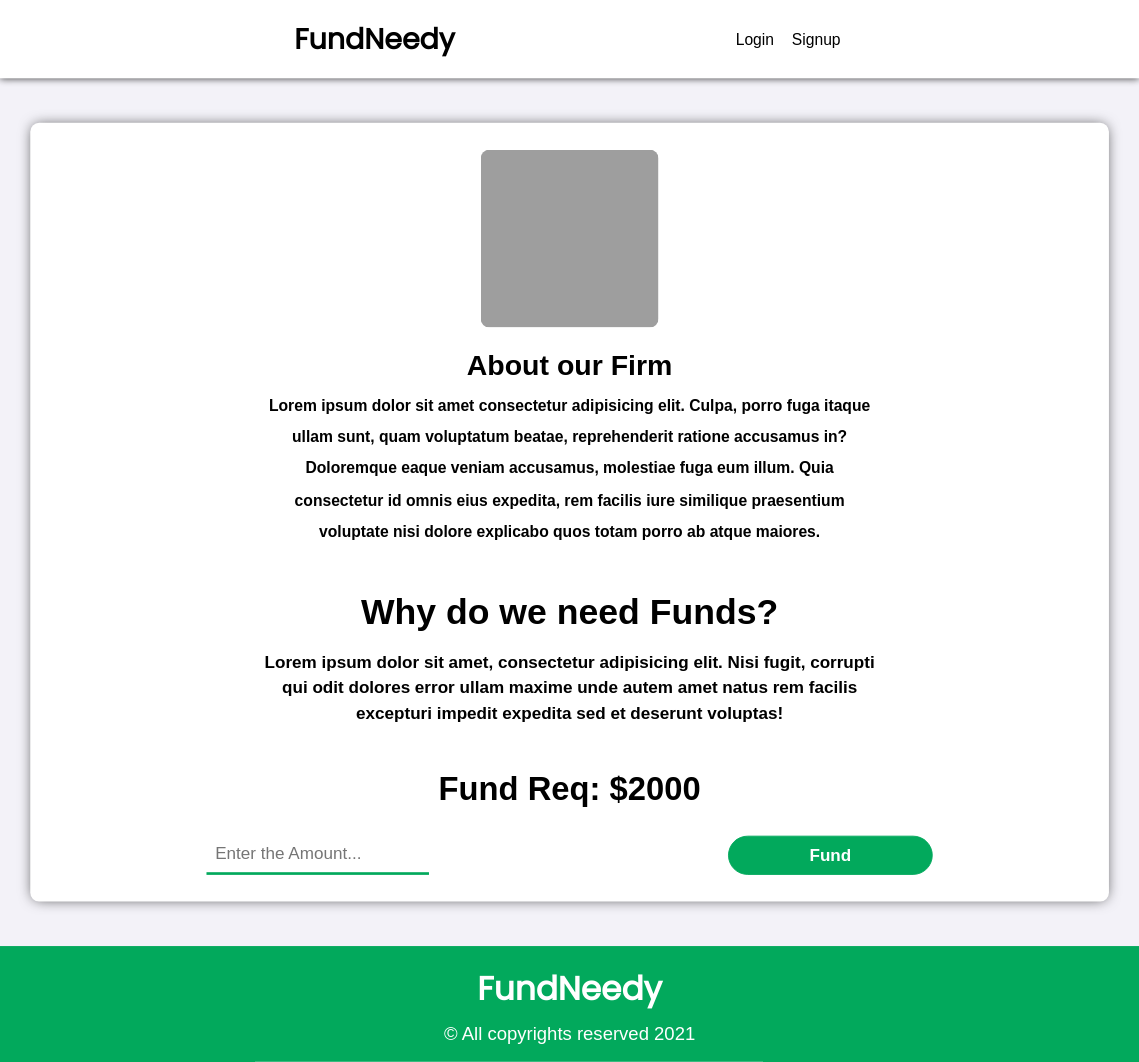
Repository: osdc/codejam
Page: /firmname (app in sassy-sandwiches/fund-needy/)
An editor plug-in stored every save of this project. The page is shown before and after the next save, followed by the edit.
The browser window is 1280 px wide. The pictures show the whole page, at 89% of full size.
Pictures or frames that could not be fetched are drawn as grey boxes. The project was rebuilt for these pictures with package versions that can differ from the ones it lists, and the page was loaded fresh each time. Also part of the build but not shown: sassy-sandwiches/fund-needy/src/Showcase.css, sassy-sandwiches/fund-needy/src/Showcase.js, sassy-sandwiches/fund-needy/src/Needies.css, sassy-sandwiches/fund-needy/src/Needy.css, sassy-sandwiches/fund-needy/src/Needy.js, sassy-sandwiches/fund-needy/src/Needies.js.

Above is the page before, as saved 2021-01-09 22:38:30.

After the next save:
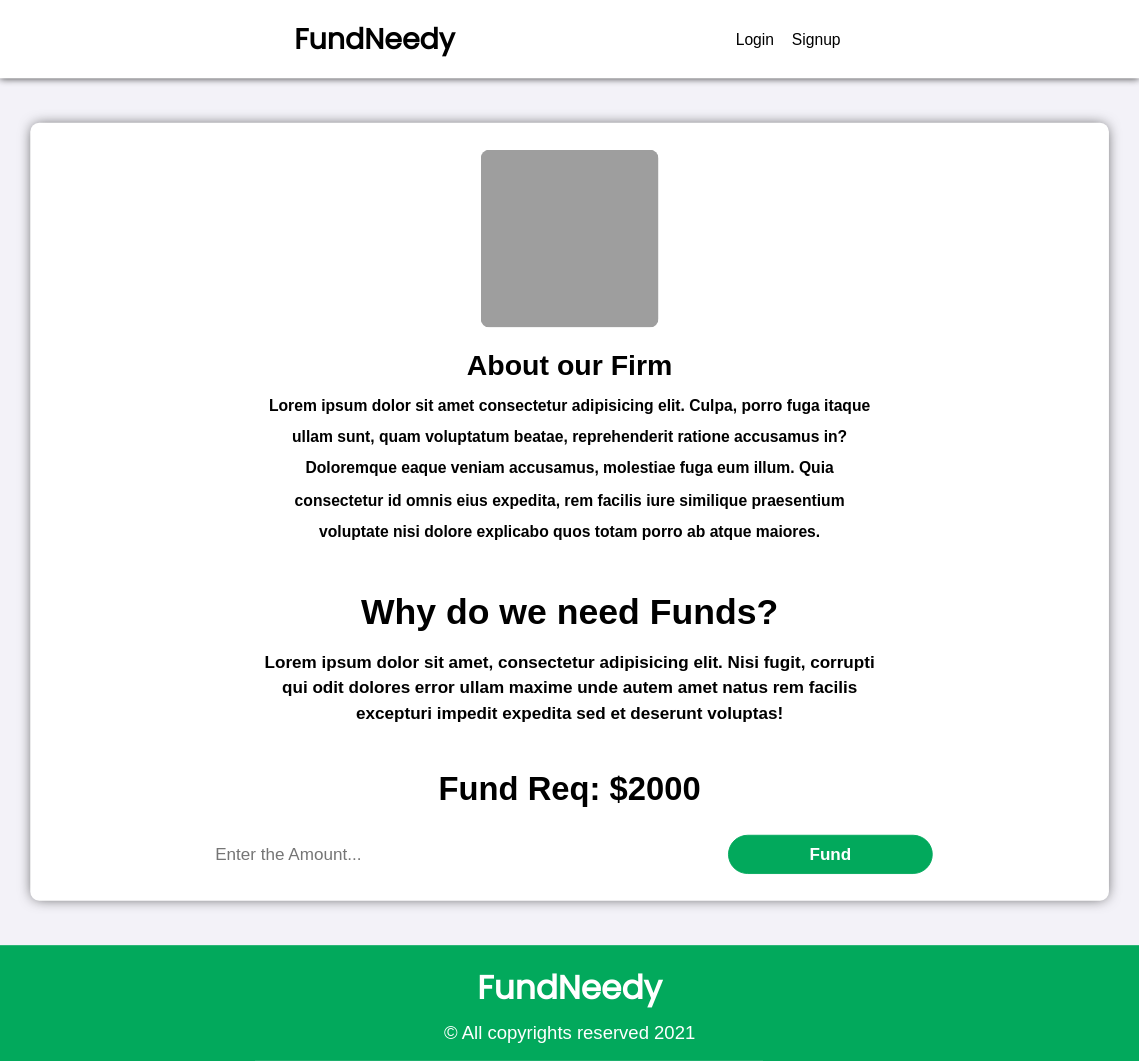
Saved 13 s later.
--- a/sassy-sandwiches/fund-needy/src/FirmFund.css
+++ b/sassy-sandwiches/fund-needy/src/FirmFund.css
@@ -66,12 +66,12 @@
   font-size: 1.2rem;
   outline: none;
   border: none;
-  border-bottom: 3px solid #02a95c;
-  transition: all 1s ease-in-out;
 }
 
 .firmFund_fund > form > input[type="number"]:focus {
   border-bottom: 3px solid #02a95c;
+  border-bottom: 3px solid #02a95c;
+  transition: all 1s ease-in-out;
 }
 
 .firmFund_fund > form > button {
